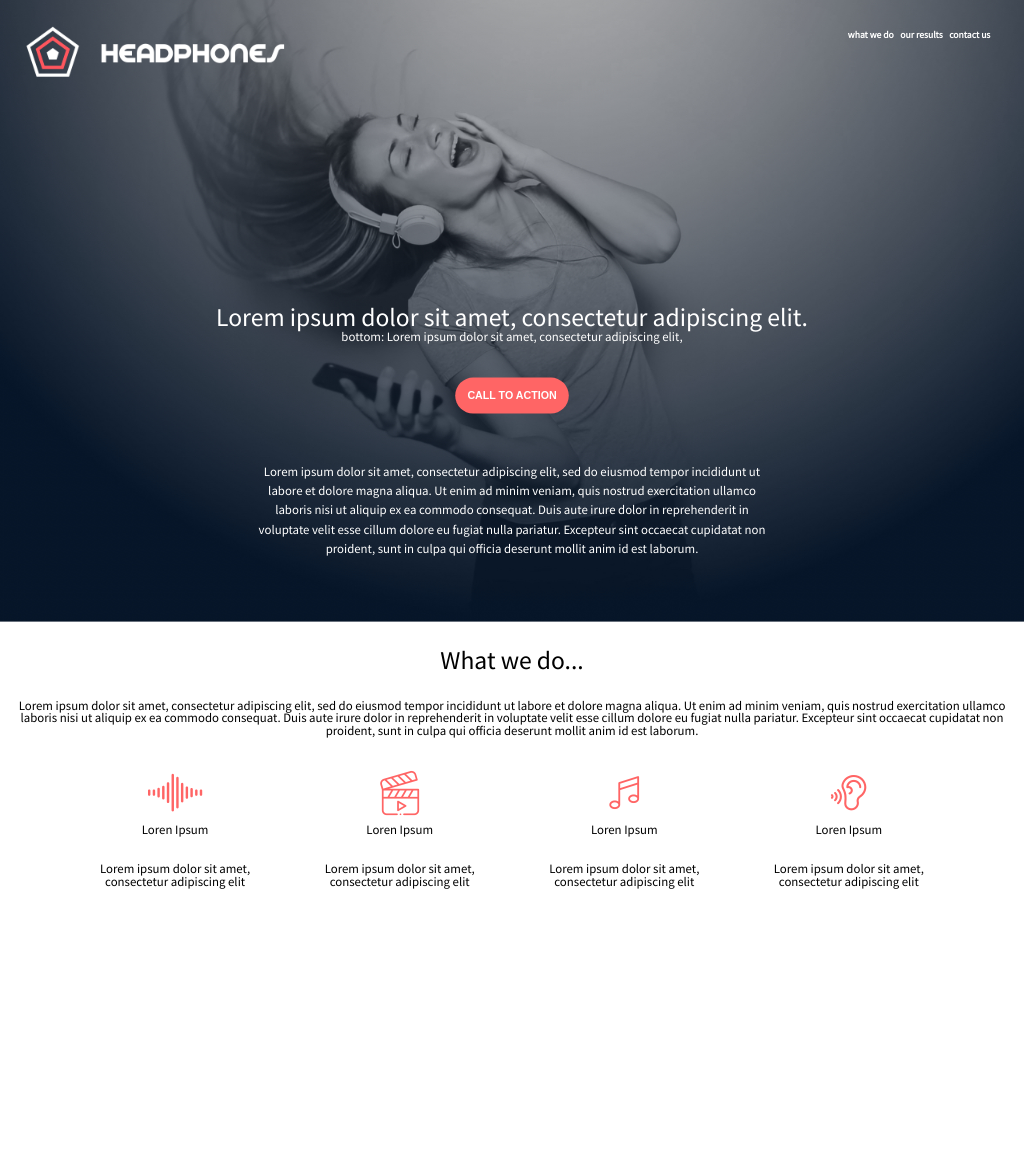
Repository: seleniadelgado/holbertonschool-web_front_end
Page: 0x09-implement_a_design_from_scratch/1-index.html
These files come from the project's save history. The page is drawn as it stood at one moment and after the next save; the edit follows.
The browser window is 1280 px wide. The pictures show the whole page, at 80% of full size.

Above is the page before, as saved 2020-03-20 18:22:39.

After the next save:
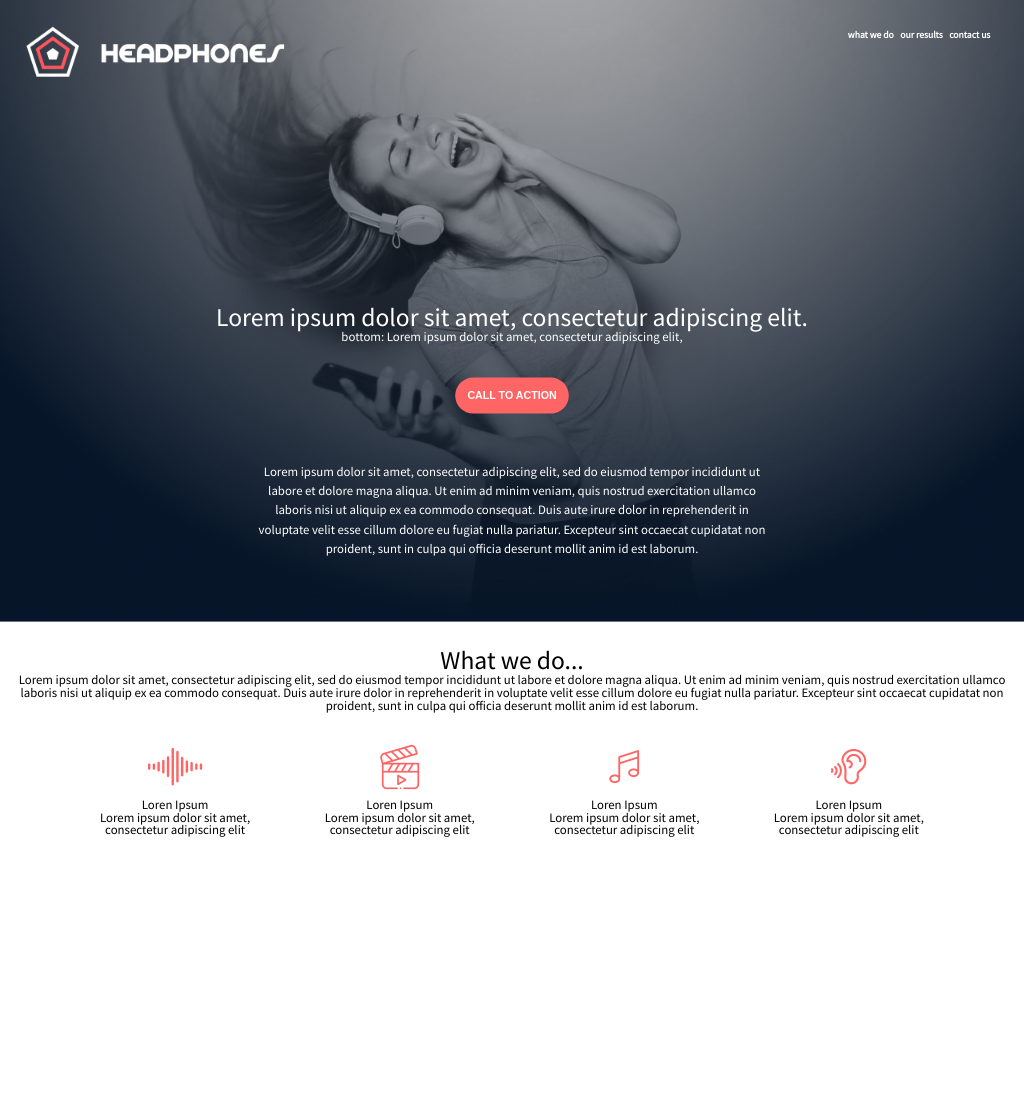
Saved 84 s later.
--- a/0x09-implement_a_design_from_scratch/1-styles.css
+++ b/0x09-implement_a_design_from_scratch/1-styles.css
@@ -243,7 +243,7 @@
 #whatWeDo {
     margin-top: 2em;
     font-family: var(--font-family);
-    margin-bottom: 0;
+    margin-bottom:
 }
 .content h1 {
     font-size: var(--font-size-lg);
@@ -251,5 +251,5 @@
 .content p {
     text-align: center;
     font-size: var(--font-size-md);
-    margin-top: 2em;
-}
+    padding-bottom: 0;
+}
